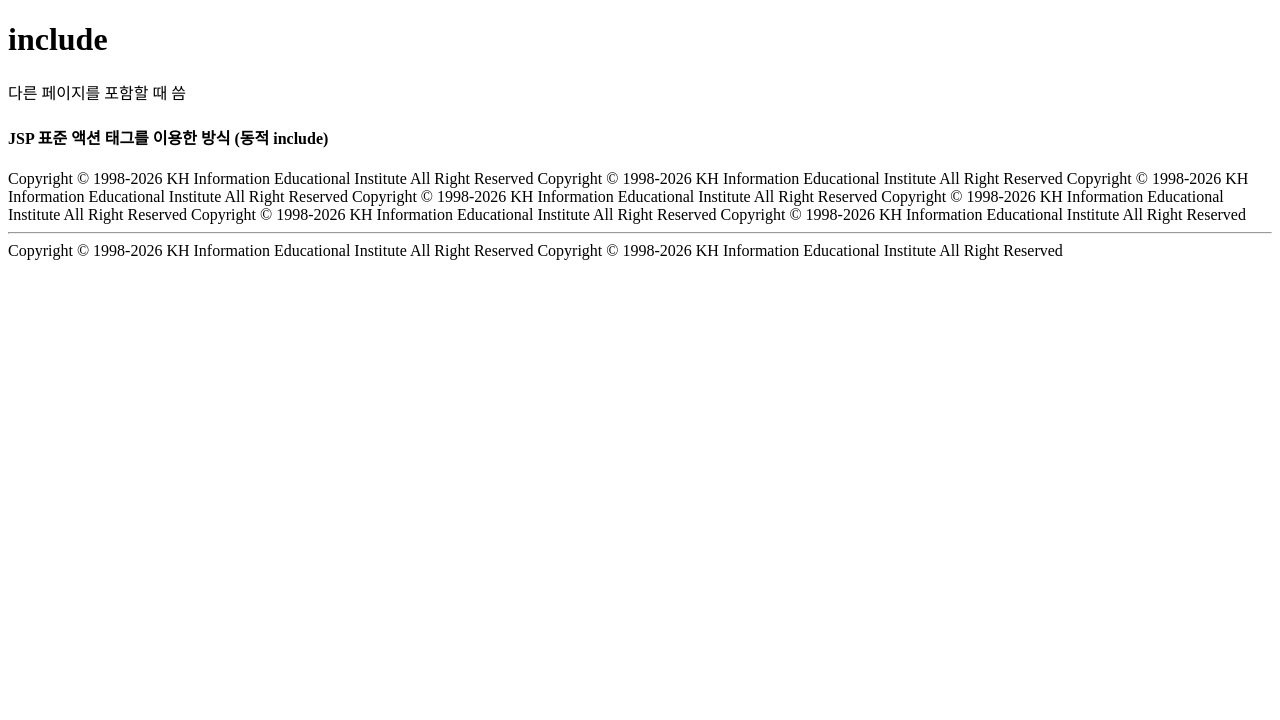
Repository: rlaehqkf/java_practice
Page: http://localhost/ActionProject/include.do
The author's editor kept a copy of each file at every save. The page is drawn from the files as they stood at one save, then again after the next save.
The browser window is 1280 px wide. The pictures show the whole page.
The page is served by Tomcat 9.

Above is the page before, as saved 2026-05-06 08:02:52.
Console error: SyntaxError: Identifier 'date' has already been declared

After the next save:
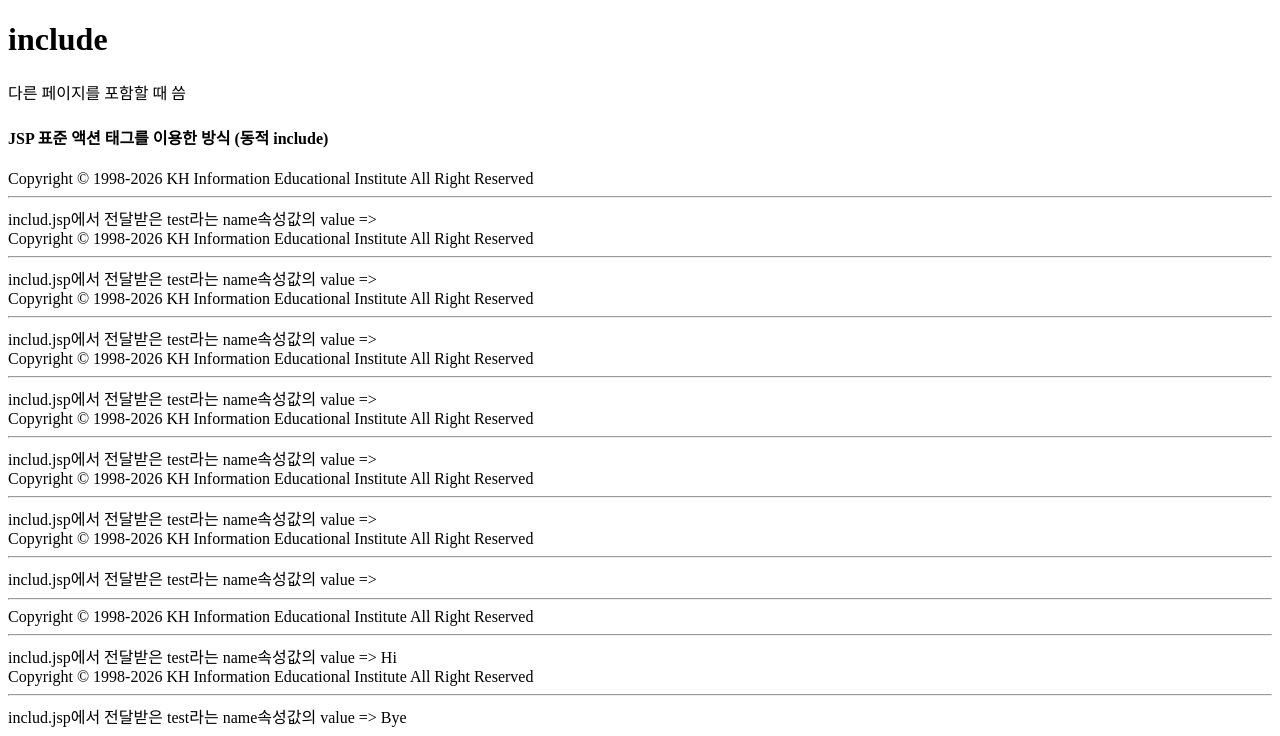
Saved 55 s later.
--- a/ActionProject/src/main/webapp/WEB-INF/views/footer.jsp
+++ b/ActionProject/src/main/webapp/WEB-INF/views/footer.jsp
@@ -23,6 +23,10 @@
 	Copyright © 1998-<%= year %> KH Information Educational Institute All Right Reserved
 
 
+	<hr>
+
+	includ.jsp에서 전달받은 test라는 name속성값의 value => ${ param.test }<br>
+
 
 </body>
 </html>
